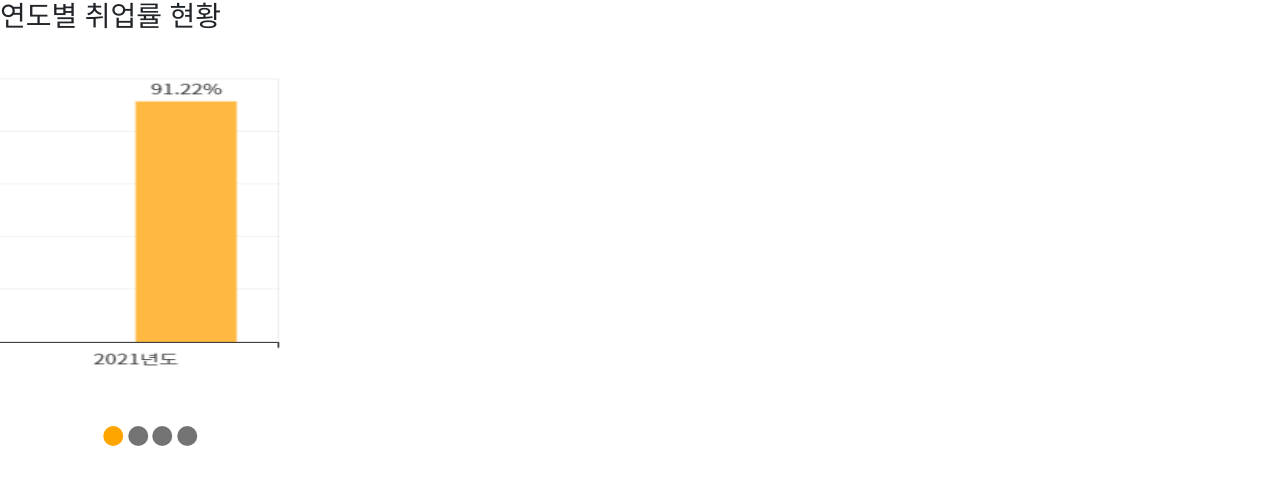
Repository: JavaJin96/kr.or.ddit.HighJava
Page: http://localhost/TeamProjectDCUM/work_psj/iframe_psj/getwork.jsp
An editor plug-in stored every save of this project. The page is shown before and after the next save, followed by the edit.
The browser window is 1280 px wide. The pictures show the whole page.
The page is served by Tomcat 9.

Above is the page before, as saved 2022-02-16 01:17:26.

After the next save:
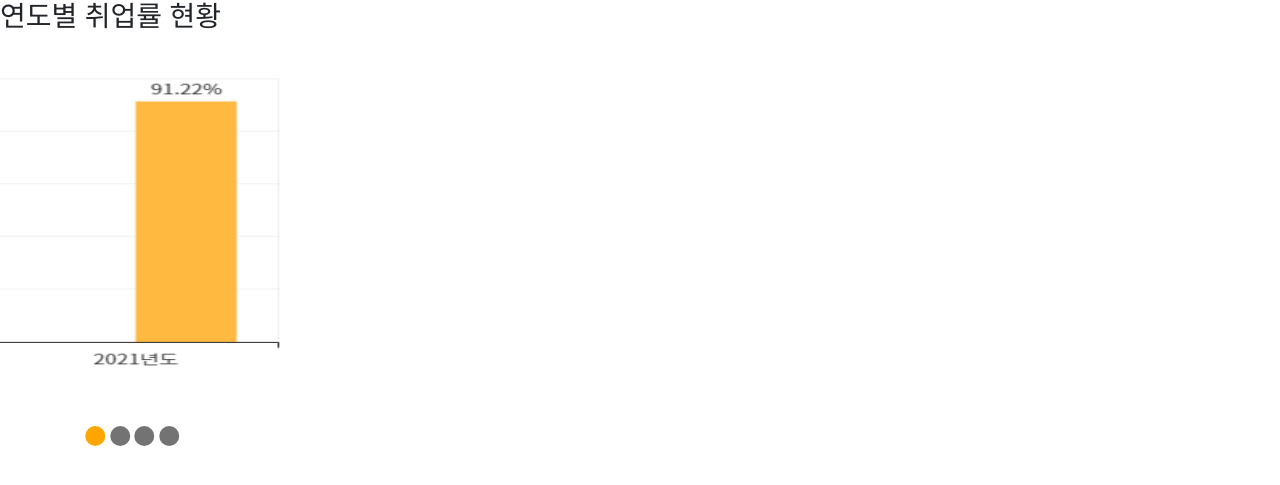
Saved 36 s later.
--- a/3.Highjava/workspace/TeamProjectDCUM/WebContent/work_psj/iframe_psj/getwork.jsp
+++ b/3.Highjava/workspace/TeamProjectDCUM/WebContent/work_psj/iframe_psj/getwork.jsp
@@ -44,7 +44,7 @@ ul.imgs li{
 
 .bullets{
     position: absolute;
-    left: 50%;
+    left: 44%;
     transform: translateX(-50%);
     bottom: 20px;
     z-index: 2;
